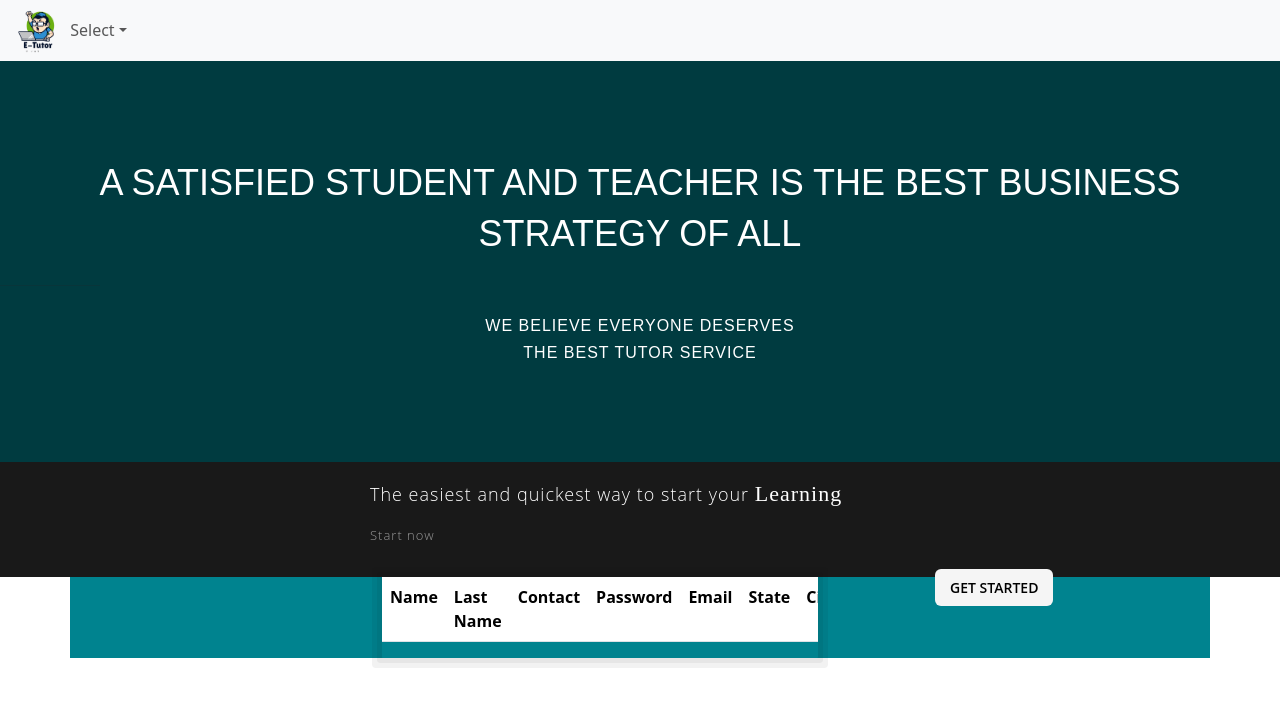
Repository: shailesh89-art/E-tutor-springboot-hibernate
Page: http://localhost/TUTOR_INVENTOR_1/pages/parent_Admin_edit.jsp
These files come from the project's save history. The page is drawn as it stood at one moment and after the next save; the edit follows.
The browser window is 1280 px wide. The pictures show the whole page.
Some web libraries are served in a nearby version. The page is served by Tomcat 9. The template is opened directly, without the code that normally fills it, so the values that code supplies are empty.

Above is the page before, as saved 2023-05-03 14:22:38.

After the next save:
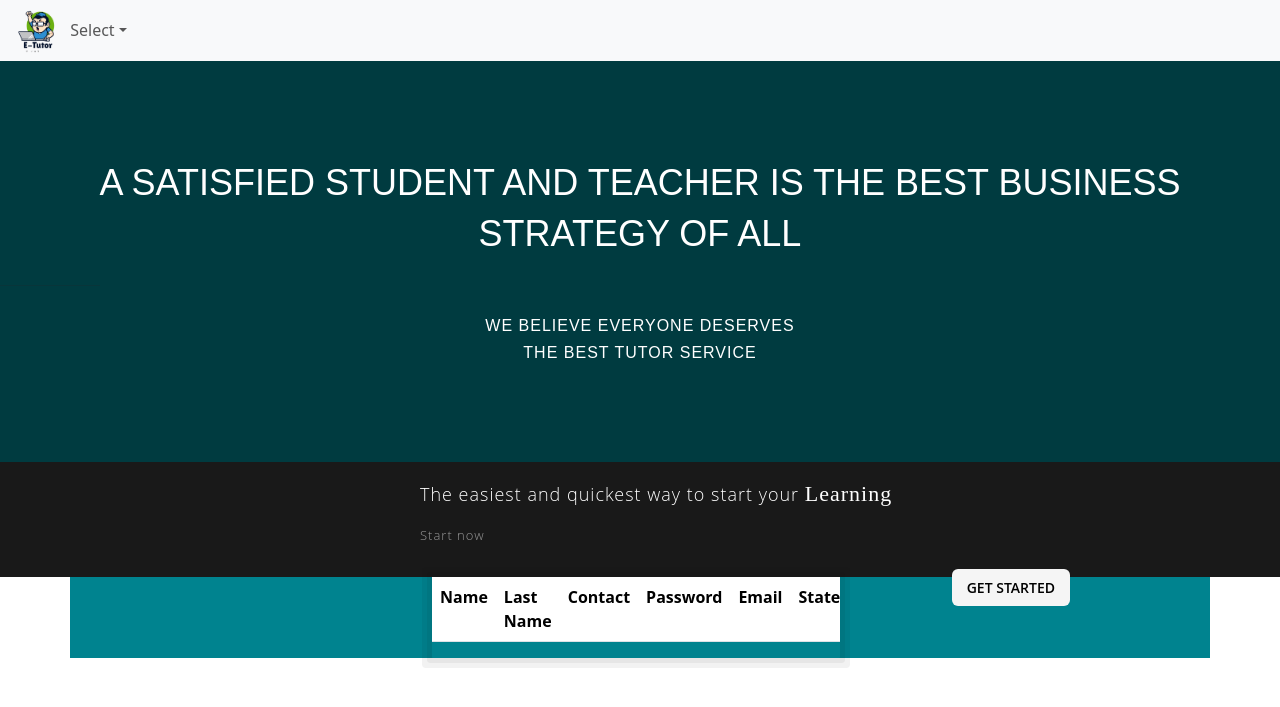
Saved 18 s later.
--- a/TUTOR_INVENTOR_1/src/main/webapp/pages/parent_Admin_edit.jsp
+++ b/TUTOR_INVENTOR_1/src/main/webapp/pages/parent_Admin_edit.jsp
@@ -367,7 +367,7 @@
 .container{
 
 
-    padding-left:300px;
+    padding-left:350px;
 
 }
  #logo{
